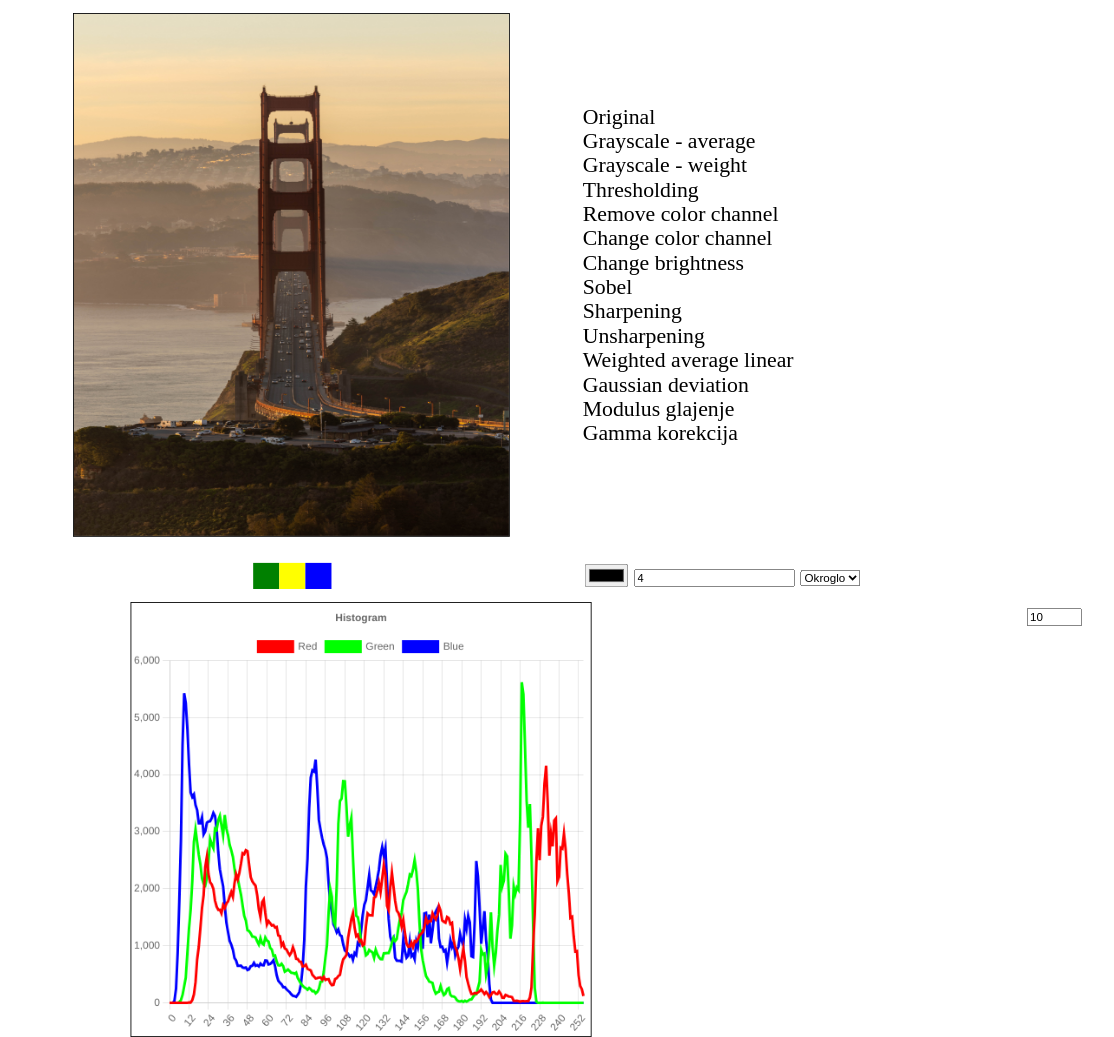
Repository: fussionko/web_photoshop
Page: index.html
These files come from the project's save history. The page is drawn as it stood at one moment and after the next save; the edit follows.
The browser window is 1280 px wide. The pictures show the whole page, at 87% of full size.
Some web libraries are served in a nearby version.

Above is the page before, as saved 2022-04-28 22:34:59.

After the next save:
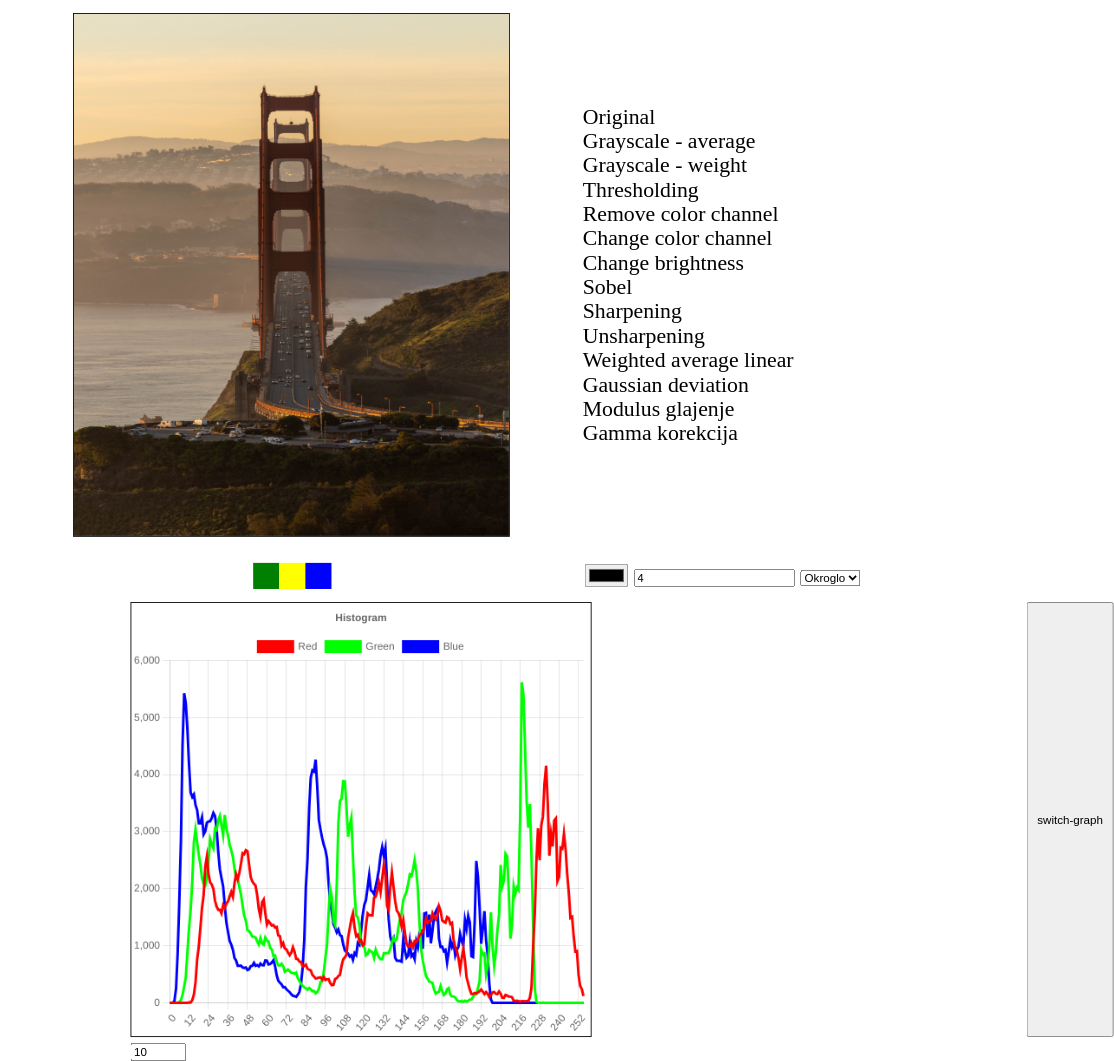
Saved 15 min 37 s later.
--- a/index.html
+++ b/index.html
@@ -29,7 +29,7 @@
             <div>
                 <canvas id="main-graph"></canvas>
             </div>
-
+            <input type="button" id="switch-graph" value="switch-graph">
             <div id="container-graph-data">
                 <input type="number" id="basket-num" step="1" max="255" min="1" value="10">
             </div>
